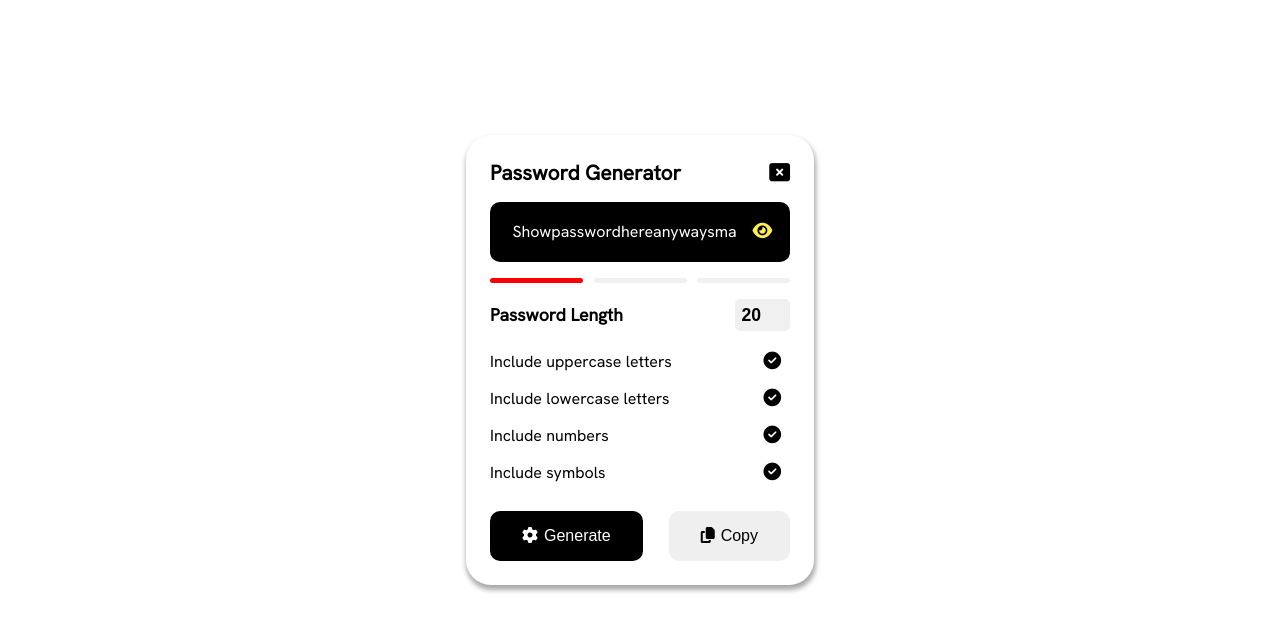
Repository: emiliaiwu/password_generator
Page: index.html
An editor plug-in stored every save of this project. The page is shown before and after a run of saves, followed by the edit.
The browser window is 1280 px wide. The pictures show the whole page.
Some web libraries are served in a nearby version.

Above is the page before, as saved 2022-12-15 20:07:06.

### index.html
<!DOCTYPE html>
<html lang="en">
<head>
    <meta charset="UTF-8">
    <meta http-equiv="X-UA-Compatible" content="IE=edge">
    <meta name="viewport" content="width=device-width, initial-scale=1.0">
    <link rel="stylesheet" href="style.css">
    <script src="https://kit.fontawesome.com/fd9c36575f.js" crossorigin="anonymous"></script>
    <title>Password Generator</title>
</head>
<body>
    <div class="container">
        <div class="title">
            <h2>Password Generator</h2>
            <i class="fa-solid fa-rectangle-xmark clear"></i>
        </div>

        <div class="display_password">
            <span class="result">Showpasswordhereanywaysma</span>
            <span class="hide">
                <i class="fa-solid fa-eye hidebtn fa-eye-slash"></i>
                <!-- <i class="fa-solid fa-eye-slash"></i> -->
            </span>
        </div>
        <div class="strength">
            <span class="weak"></span>
            <span class="medium"></span>
            <span class="strong"></span>
        </div>

        <div class="password_attributes">
            <div class="password_length">
                <label>Password Length</label>
                <input type="number" id="length" min="1" max="25" value="20">
            </div>
            <div class="password_includes">
                <ul>
                    <li class="list">
                        <label for="uppercase" id="uppercase_letters">Include uppercase letters
                            <input type="checkbox" name="uppercase" id="uppercase" class="uppercase" checked>
                            <i class="fa-solid fa-circle"></i>
                            <i class="fa-solid fa-circle-check"></i>
                        </label>
                    </li>
                    <li class="list">
                        <label for="lowercase" id="lowercase_letters">Include lowercase letters
                            <input type="checkbox" name="lowercase" id="lowercase" class="lowercase" checked>
                            <i class="fa-solid fa-circle"></i>
                            <i class="fa-solid fa-circle-check"></i>
                        </label>
                    </li>
                    <li class="list">
                        <label for="numbers" id="include_numbers">Include numbers
                            <input type="checkbox" name="numbers" id="numbers" class="numbers" checked>
                            <i class="fa-solid fa-circle"></i>
                            <i class="fa-solid fa-circle-check"></i>
                        </label>

                    </li>
                    <li class="list">
                        <label for="symbols" id="include_symbols">Include symbols
                             <input type="checkbox" name="symbols" id="symbols" class="symbols" checked>
                            <i class="fa-solid fa-circle"></i>
                            <i class="fa-solid fa-circle-check"></i>
                        </label>

                    </li>
                </ul>
            </div>
        </div>

        <div class="cta">
            <button class="btn generate"><i class="fa-solid fa-gear"></i>Generate</button>
            <button class="btn copy"><i class="fa-solid fa-copy"></i>Copy</button>
        </div>
    </div>
<script src="script.js"></script>
</body>
</html>

### style.css
@import url('https://fonts.googleapis.com/css2?family=Hanken+Grotesk:wght@300;400&display=swap');


* {
    margin: 0;
    padding: 0;
    box-sizing: border-box;
    list-style-type: none;
}


:root {
    --BG-COLOR: #fff;
    --BG-COLOR2: #000000;
    --BG-COLOR3: #4d08d8;
    --FONT-COLOR: #000;
    --FONT-COLOR2: #FFF;
}


body {
    width: 100vw;
    height: 100vh;
    font-family: 'Hanken Grotesk', sans-serif;
    display: flex;
    align-items: center;
    justify-content: center;
    color: var(--FONT-COLOR);
    background-color:

}

.container {
    background-color: var(--BG-COLOR);
    display: flex;
    flex-direction: column;
    align-items: left;
    justify-content: space-between;
    gap: 1rem;
    padding: 1.5rem;
    border-radius: 25px;
    box-shadow: 1px 4px 5px 1px rgba(5, 5, 5, 0.35);
    -webkit-box-shadow: 1px 4px 5px 1px rgba(9, 9, 9, 0.35);

}


/* FONT */
h2 {
   font-size: 1.3rem;
   font-family: inherit;
}




/* FLEX */
.title,
label,
.password_length,
.cta,
.strength {
    display: flex;
    align-items: center;
    justify-content: space-between;
}

/* CLEAR BUTTON */
.fa-rectangle-xmark {
    font-size: 1.3rem;
    cursor: pointer;
}



/* DISPLAY PASSWORD */

.display_password {
    padding: 1.2rem 1.1rem 1.2rem 1.4rem;
    width: 300px;
    border-radius: 10px;
    background: var(--BG-COLOR2);
    color: var(--FONT-COLOR2);
    overflow: hidden;
    text-align: center;
    display: flex;
    align-items: center;
    justify-content: space-between;

}

.hide i{
    font-size: 1.1rem;
    color: rgb(255, 240, 79);
}

.fa-eye-slash {
    display: none;
    transition: 0.15s ease;
}


.result {
    font-size: 1rem;
    word-wrap: break-word;
    text-align: center;
}


/* Strength */
.strength {
    width: 100%;
}

.strength span {
    width: 31%;
    height: 5px;
    background-color: #f0f0f0;
    border-radius: 10px;
}

.strength .weak {
    background-color: red;
}




/* PASSWORD LENGTH */
.password_length {
    margin-bottom: 1rem;
}


.password_length label {
    font-size: 1.1rem;
    font-weight: 600;
    font-family: inherit;
}

.password_length input[type="number"] {
    width: 55px;
    padding: .4rem .4rem .3rem .4rem;
    font-size: 1.1rem;
    border: 2px solid var(--FONT-COLOR);
    border-radius: 5px;
    border: none;
    font-weight: 600;
    color: var(--FONT-COLOR);
    background-color: #f0f0f0;
}

.password_length input[type="number"]:focus {
    outline: none;
}



/* LIST ATTRIBUTES */
.list {
    margin-top: .5rem;
}

.list input[type="checkbox"] {
    padding: 1rem;
}

/* Hide the checkbox */
.list input {
    opacity: 0;
    cursor: pointer;
    margin: .5rem;
}

label {
     position: relative;
}

.list .fa-solid {
    position: absolute;
    top: 50%;
    right: 0;
    transform: translate(-50%, -50%);
    color: var(--BG-COLOR2);
    font-size: 1.1rem;
    cursor: pointer;
}

.fa-circle-check{
    opacity: 0;
}

/* CHECKED */
.list input:checked ~ .fa-circle-check {
    opacity: 1;
    transition: opacity .2s ease;
}

.list input:checked ~ .fa-circle {
    opacity: 0;
     transition: opacity .2s ease;
}


/* BUTTON */
.btn {
    margin-top: .5rem;
    padding: 1rem 2rem;
    font-size: 1rem;
    border: none;
    border-radius: 10px;
    cursor: pointer;

}

.generate {
    background-color: var(--BG-COLOR2);
    color: var(--FONT-COLOR2);
}

.generate:hover i{
    transform: rotate(180deg);
    transition: transform .4s ease;
}

.generate:focus {
    background-color: #38079c;
    outline: none;
}

.copy:focus {
    outline: none;
}

.btn .fa-solid {
    margin-right: 6px;
}

### script.js
'use strict';

// Select Elements
const clear = document.querySelector('.clear');
const resultEl = document.querySelector('.result');
const lengthEl = document.getElementById('length');
const uppercaseEl = document.getElementById('uppercase');
const lowercaseEl = document.getElementById('lowercase');
const numbersEl = document.getElementById('numbers');
const symbolsEl = document.getElementById('symbols');
const generateBtn = document.querySelector('.generate');
const copyBtn = document.querySelector('.copy');
const hide = document.querySelector('.hide');


// Variables
let allUppercase = '';
let allLowercase = '';
let allNumbers = '';
const allSymbols = '~!@#$%^&*()_-+={}[]|;:<>.,/?';



hide.addEventListener('click', () => {
	const hidebtn = document.querySelector('.hidebtn');
	hidebtn.classList.toggle('fa-eye');
})



// Generate Randoms Functions
const getRandomUppercase = () => {
    return String.fromCharCode(Math.floor(Math.random() * 26) + 65);
};

const getRandomLowercase = () => {
	return String.fromCharCode(Math.floor(Math.random() * 26) + 97);
};

const getRandomNumbers = () => {
	return String.fromCharCode(Math.floor(Math.random() * 10) + 48);
};

const getRandomSymbols = () => {
	const symbols = '~!@#$%^&*()_-+={}[]|\;:<>.,/?';
	return symbols[Math.floor(Math.random() * symbols.length)];
};



// Get the characters
		// const getUppercase = () => {
		// 	for (let i = 65; i < 91; i++) {
		// 		allUppercase = allUppercase.concat(String.fromCharCode(i));
		// 	}
		// }
		// getUppercase();

		// const getLowercase = () => {
		// 	allLowercase = allUppercase.toLowerCase();
		// }
		// getLowercase();

		// const getNumbers = () => {
		// 	for (let i = 48; i < 58; i++) {
		// 		allNumbers = allNumbers.concat(String.fromCharCode(i));
		// 	}
		// }
		// getNumbers();

		// const allCharacters = allUppercase + allLowercase + allNumbers + allSymbols;
		// console.log(allCharacters);

		// console.log(allNumbers);


// Give Functions a Key
const randomFunctions = {
	uppercase: getRandomUppercase,
	lowercase: getRandomLowercase,
	numbers: getRandomNumbers,
	symbols: getRandomSymbols,
};


// Add EventListener to Generate
generateBtn.addEventListener('click', () => {
	const length = +lengthEl.value;
	const hasUppercase = uppercaseEl.checked;
	const hasLowercase = uppercaseEl.checked;
	const hasNumbers = numbersEl.checked;
	const hasSymbols = symbolsEl.checked;
	console.log(hasLowercase, hasNumbers, hasSymbols, hasUppercase, length);
});

After the next 3 saves:
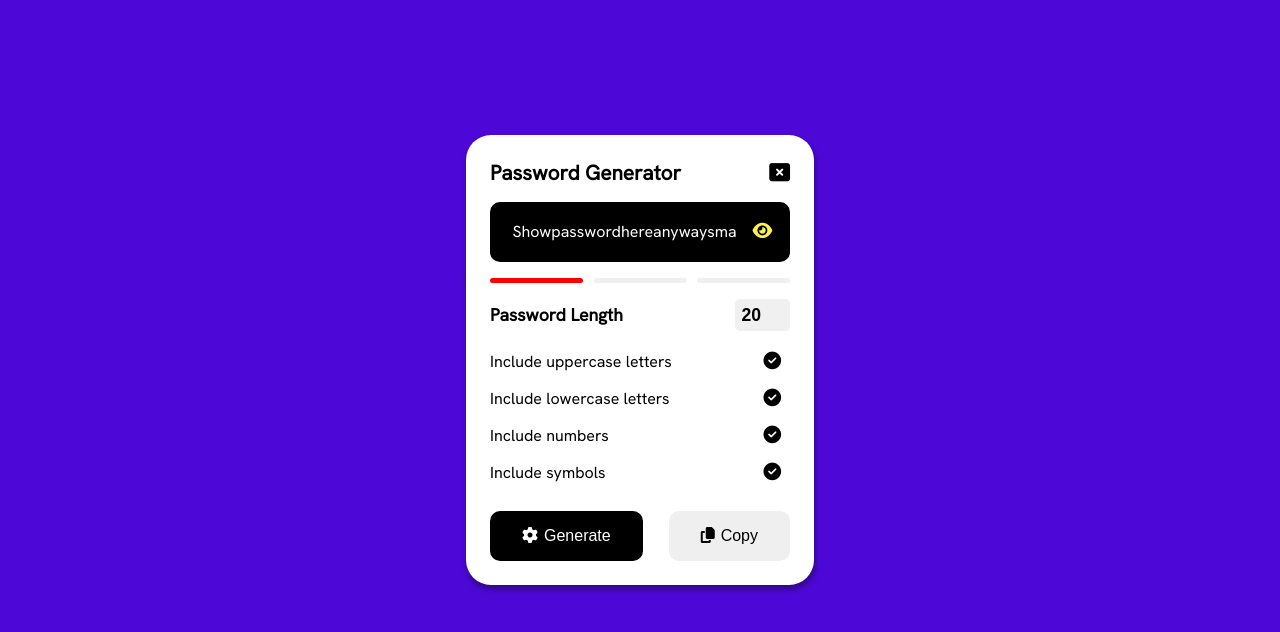
The 3 saves are shown as one change because they came seconds apart.
The last was saved 11 s later.
--- a/style.css
+++ b/style.css
@@ -26,7 +26,7 @@ body {
     align-items: center;
     justify-content: center;
     color: var(--FONT-COLOR);
-    background-color:
+    background-color: var(--BG-COLOR3)
 
 }
 
